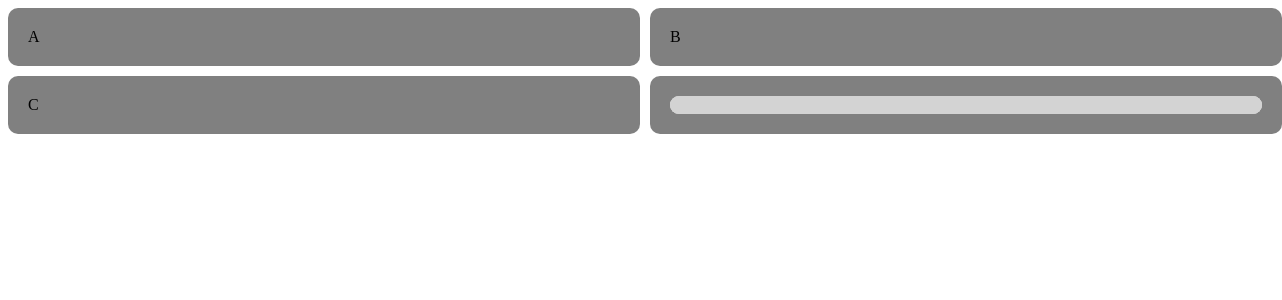
Repository: Yevhen94/nixhw
Page: fourth-lesson/index.html
An editor plug-in stored every save of this project. The page is shown before and after the next save, followed by the edit.
The browser window is 1280 px wide. The page is 1282 px wide, so the pictures cover 1282 px, including what lies to the right of the window. The pictures show the whole page.

Above is the page before, as saved 2022-02-08 15:21:49.

After the next save:
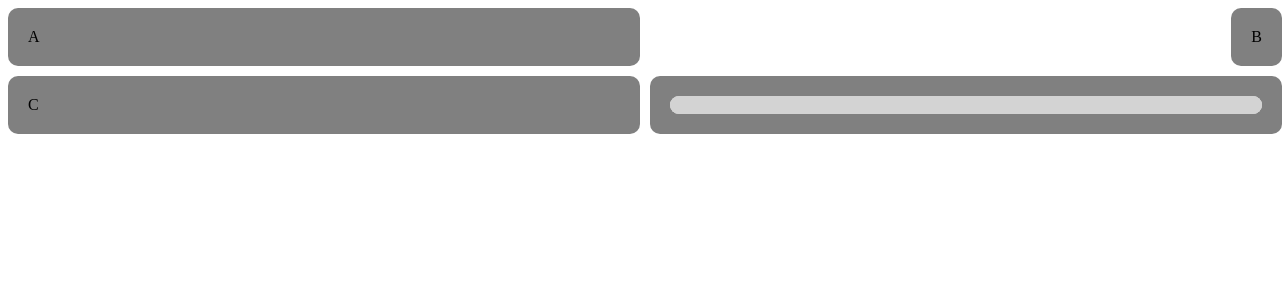
Saved 28 min 50 s later.
--- a/fourth-lesson/styles/index.css
+++ b/fourth-lesson/styles/index.css
@@ -75,6 +75,10 @@
   padding: 20px;
 }
 
+.item:nth-child(2) {
+  justify-self: end;
+}
+
 .subgrid {
   grid-template-columns: subgrid;
   grid-template-rows: subgrid;
